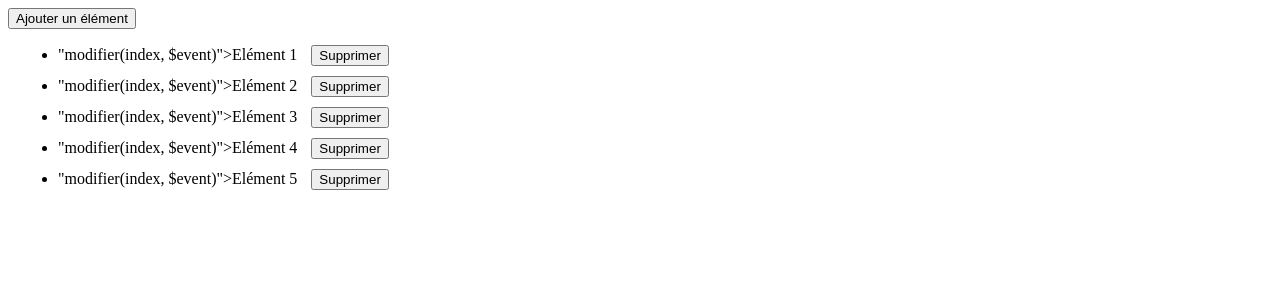
Repository: arione15/Livre_Serrion-Vue.js
Page: index.html
These files come from the project's save history. The page is drawn as it stood at one moment and after a run of saves; the edit follows.
The browser window is 1280 px wide. The pictures show the whole page.

Above is the page before, as saved 2021-09-08 12:49:58.

### index.html
<!DOCTYPE html>
<html lang="en">

<head>
    <meta charset="UTF-8">
    <meta http-equiv="X-UA-Compatible" content="IE=edge">
    <meta name="viewport" content="width=device-width, initial-scale=1.0">
    <title>Liste</title>
    <script src="https://cdn.jsdelivr.net/npm/vue/dist/vue.js"></script>
</head>

<body>

    <div id="root"></div>

</body>

<script>
    const vm = new Vue({
        el: "div#root",
        template: `
            <div>
                <button v-on:click="ajouter()">Ajouter un élément</button>
                <ul>
                    <li v-for="(element, index) of elements" style="margin:10px">
                        <span v-if"modifier(index, $event)">{{element.text}}</span>
                    <button v-on:click="supprimer(index)" style="margin-left:10px">Supprimer</button>
                </li>
                </ul>
                <span v-if="elements.length === 0">La liste est vide !!</span>
            </div>
        `,
        data: {
            elements: [
                { text: "Elément 1", modifyOn: false },
                { text: "Elément 2", modifyOn: false },
                { text: "Elément 3", modifyOn: false },
                { text: "Elément 4", modifyOn: false },
                { text: "Elément 5", modifyOn: false },
            ]
        },
        methods: {
            supprimer(index){
                this.elements = this.elements.filter(function cb(elt,i){
                    if(index===i) return false;
                    else return true;
                })
            },
            ajouter(){
                const length = this.elements.length + 1;
                const element = { text: `Elément ` + length, modifyOn: false };
                this.elements.push(element);
            },
            modifier(index, event){
                this.elements[index].modifyOn = truse;
            }



        }
    })
</script>

</html>

After the next 3 saves:
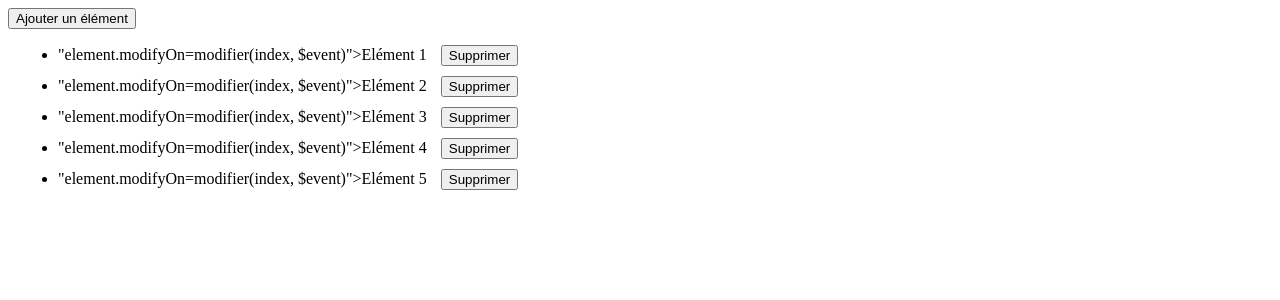
The 3 saves are shown as one change because they came seconds apart.
The last was saved 39 s later.
--- a/index.html
+++ b/index.html
@@ -23,7 +23,7 @@
                 <button v-on:click="ajouter()">Ajouter un élément</button>
                 <ul>
                     <li v-for="(element, index) of elements" style="margin:10px">
-                        <span v-if"modifier(index, $event)">{{element.text}}</span>
+                        <span v-if"element.modifyOn=modifier(index, $event)">{{element.text}}</span>
                     <button v-on:click="supprimer(index)" style="margin-left:10px">Supprimer</button>
                 </li>
                 </ul>
